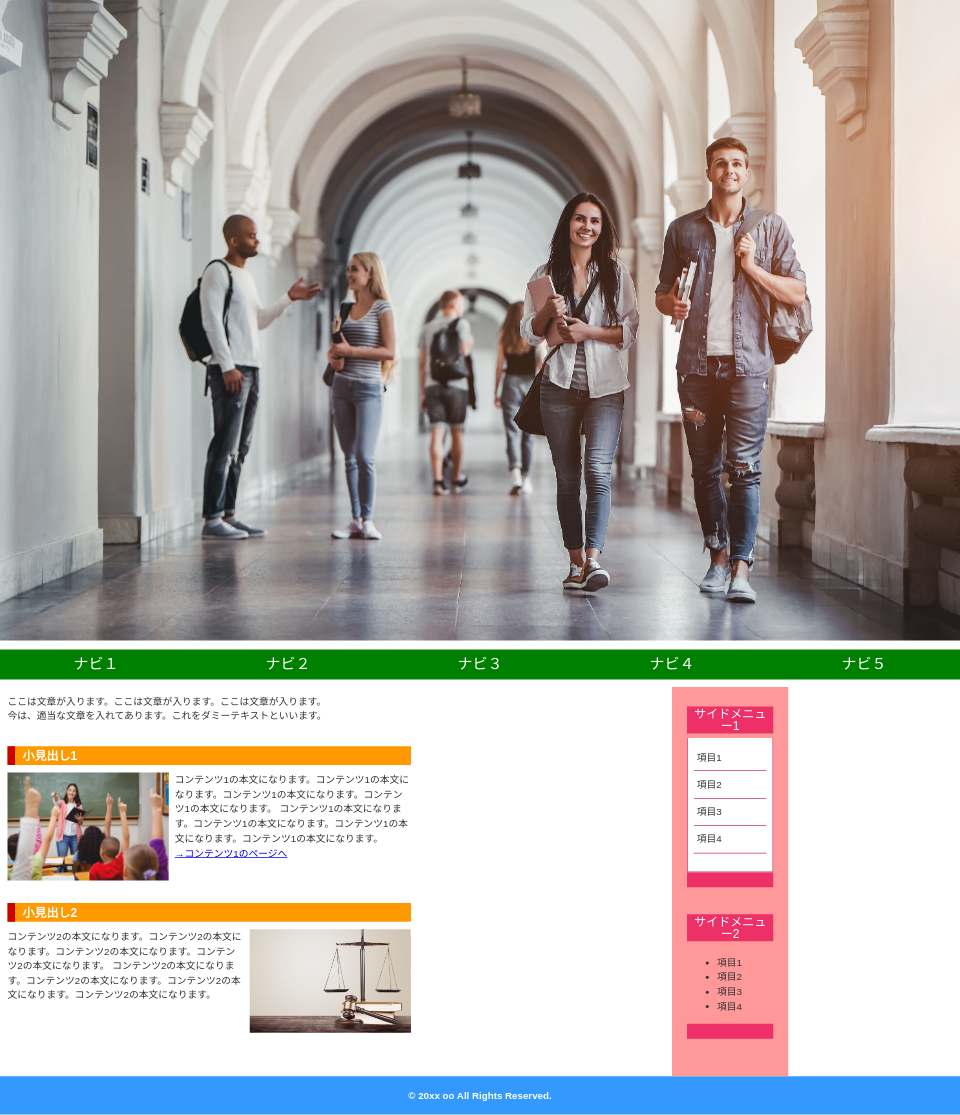
Repository: yoshi1924/samurai_HTML-CSS
Page: home.html
The author's editor kept a record of every edit. The page is drawn from the files as they stood at one moment, then again after the next edit.
The browser window is 1280 px wide. The pictures show the whole page, at 75% of full size.

Above is the page before.

After the next edit:
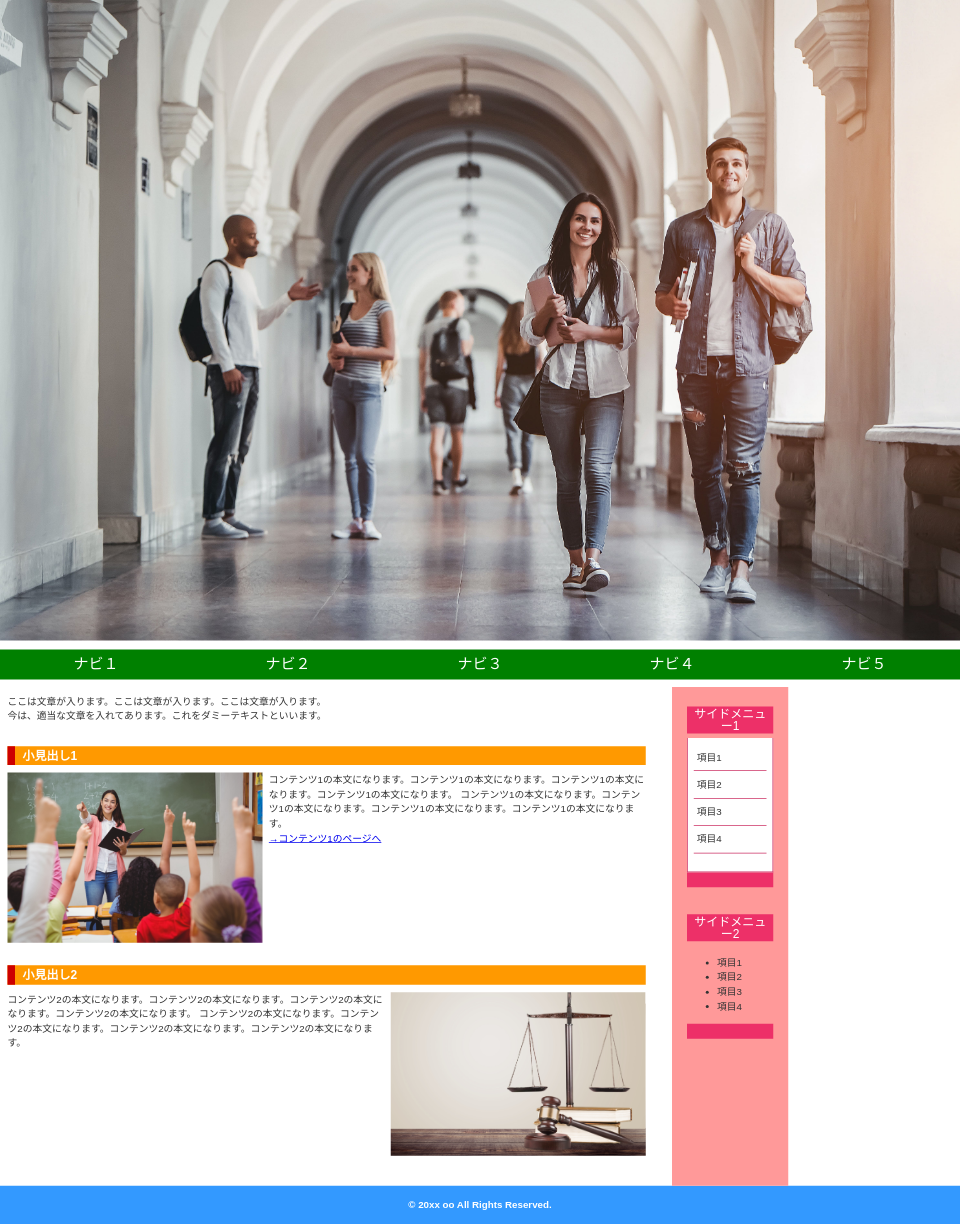
The edit:
--- a/stylesheet.css
+++ b/stylesheet.css
@@ -94,8 +94,7 @@
 
 /* -------------------- main -------------------- */
 #main {
-    float: left;
-    width: 60%;
+    width: 95%;
     padding: 10px 30px 10px 10px;
 }
 
